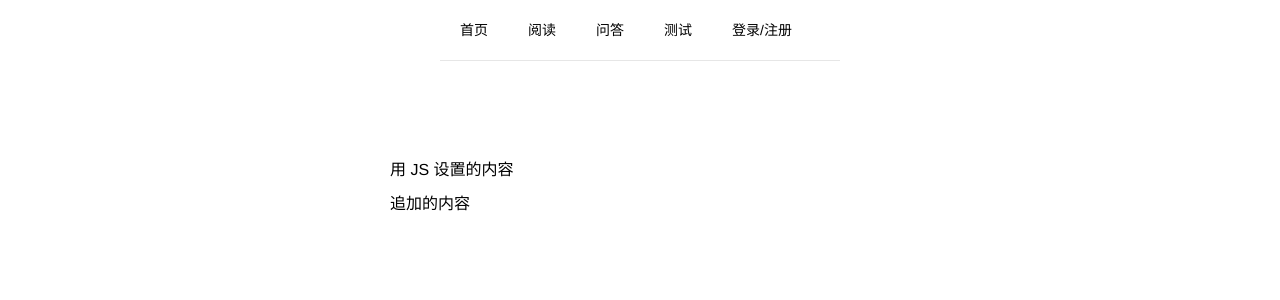
Repository: shengligo/xyx_vue_v1
Page: /read
These files come from the project's save history. The page is drawn as it stood at one moment and after the next save; the edit follows.
The browser window is 1280 px wide. The pictures show the whole page.
The page's requests for data from a server got no answer. The project was rebuilt for these pictures with package versions that can differ from the ones it lists, and the page was loaded fresh each time. No one was signed in, and anything a server would have sent is missing. Also part of the build but not shown: vue.config.js, src/views/home/childComps/Art.vue, src/views/author/authors.vue.

Above is the page before, as saved 2021-09-04 12:49:58.

### public/index.html
<!DOCTYPE html>
<html lang="">
  <head>
    <meta charset="utf-8">
    <meta http-equiv="X-UA-Compatible" content="IE=edge">
    <meta name="viewport" content="width=device-width,initial-scale=1.0">
    <link rel="icon" href="<%= BASE_URL %>favicon.ico">
    <title>project0000001</title>
  </head>
  <body>
    <noscript>
      <strong>We're sorry but <%= htmlWebpackPlugin.options.title %> doesn't work properly without JavaScript enabled. Please enable it to continue.</strong>
    </noscript>
    <div id="app"></div>
    <!-- built files will be auto injected -->
  </body>
</html>

### src/main.js
import Vue from 'vue'
import App from './App.vue'
import router from './router'
import store from './store'
import 'element-ui/lib/theme-chalk/index.css';
import axios from "axios";
axios.defaults.baseURL = "/api"; // http://10.1.2.85:8091/essay
axios.defaults.headers.common["Content-Type"] ="application/json;charset=UTF-8";
axios.defaults.withCredentials = true // 表示跨域请求时是否需要使用凭证
Vue.prototype.$ajax = axios;
import ElementUI from 'element-ui'

Vue.config.productionTip = false
Vue.use(ElementUI)

new Vue({
  router,
  store,
  render: h => h(App)
}).$mount('#app')

### src/App.vue
<template>
  <div id="app">
    <nav-bar ></nav-bar>
    <!-- <carousel></carousel> -->
    <!-- <art></art> -->


    <router-view></router-view>

  </div>
</template>
<script>

import NavBar from './components/common/NavBar'
import Art from '@/views/home/childComps/Art'
// import Carousel from '@/components/common/Carousel'


export default {
  name: "app",
  components:{
    NavBar,
    Art,




  }
};
</script>



<style>
@import url('assets/css/normalize.css');
#app{
  font-family: "Helvetica Neue",Helvetica,"PingFang SC","Hiragino Sans GB","Microsoft YaHei","微软雅黑",Arial,sans-serif;
}



</style>

### src/router/index.js

import Vue from 'vue'
import VueRouter from 'vue-router'
import Auther from '../views/author/authors.vue'

const Home = () => import('../views/home/Home')

const Question = () => import('../views/questions/Question')
const Read = () => import('../views/read/Read')
const Test = () => import('../views/testing/Test')
const Login = () => import('../components/common/login/Login')
const originalPush = VueRouter.prototype.push

VueRouter.prototype.push = function push(location) {
  return originalPush.call(this, location).catch(err => err)
}
// fksdljfkjdsjflsdjlfja
Vue.use(VueRouter)

const routes = [
  {
    path: '/',
    name: 'Home',
    component: Home
  },
  {
    path: '/auther',
    component: Auther
  },
  // {
  //   path: '/home',
  //   name: 'Home',
  //   component: Home
  // },

  {
    path:'/qs',
    name:'Qs',
    component:Question
  },
  {
    path:'/read',
    name:'Read',
    component:Read
  },
  {
    path:'/test',
    name:'Test',
    component:Test
  },
  {
    path:'/login',
    name:'Login',
    component:Login
  }
]

const router = new VueRouter({
  mode: 'history',
  base: process.env.BASE_URL,
  routes
})

export default router

### src/components/common/NavBar.vue
<template>
  <div>
     <div class="nav">

       <el-menu
          :default-active="activeIndex"
          class="el-menu-demo"
          mode="horizontal"
          text-color="#000000"
          active-text-color="#444444"
        >
          <el-menu-item index="1" @click="itemclick">首页</el-menu-item>
          <el-menu-item index="2" @click="itemclick2">阅读</el-menu-item>
          <el-menu-item index="3" @click="itemclick3">问答</el-menu-item>
          <el-menu-item index="4" @click="itemclick4">测试</el-menu-item>
          <el-menu-item index="5" @click="itemclick5">登录/注册</el-menu-item>
        </el-menu>

     </div>

  </div>
</template>

<script>


export default {

  name: "navbar",
  data() {
    return {
      activeIndex:1
    }
  },
  methods:{
    itemclick(){
      console.log('itemclick');
      this.$router.push("/")
    },
    itemclick2(){
      this.$router.push("/read")
    },
    itemclick3(){
      this.$router.push("./qs")
    },
    itemclick4(){
      this.$router.push('./test')
    },
    itemclick5(){
      this.$router.push('/login')
    }

  },

};
</script>

<style scoped>
.nav{

  margin: 0 auto;
  /* background-color: rgba(217, 221, 221, 0.918);
   */
   /* background-color: #5880A9; */
  padding: 0;


}
.nav>.el-menu{
  width: 400px;
  margin: 0 auto;
  /* background-color: rgba(217, 221, 221, 0.918); */
}

</style>

### src/views/read/Read.vue
<template>
  <div id="article">
    <div v-html="htmltext" class="centerBody"></div>

  </div>
</template>

<script>
// import ArticleLi from "../home/childComps/ArticleLi";
import E from 'wangeditor'
import qs from "qs"; // 引入qs模块，用来序列化post类型的数据，后面会提到

export default {
  name: "read",
  components: {
    // ArticleLi,
  },
  data() {
    return{
      htmltext:'<p>用 JS 设置的内容</p><p>追加的内容</p>',

    }
  },
  mounted() {
    this.getEdits()
  },
  methods: {
    getEdit() {
      // const editor = new E('#div1')
      // 或者 const editor = new E( document.getElementById('div1') )

      //  const E = window.wangEditor
        this.editor = new E(document.getElementById('toolbar-container'))
        this.editor.create()
        this.editor.txt.html('<p>用 JS 设置的内容</p>') // 重新设置编辑器内容
        this.editor.txt.append('<p>追加的内容</p>')
        console.log(this.editor.txt.html());

    },
    async getEdits() {
      var params = {
        pageNum :1,
        pageSize :10
       }
      // $ajax请求
      const url = '/essay/getEssayList'
      await this.$ajax.get(url, {params}).then(res => {
        const { data } = res
        // console.log(res);
        if (data.code === "000000") {
          this.$message.success('请求成功')
          var text = ''
          data.data.results.forEach(item => {
            text +=item.content
          })
          this.htmltext = text
          console.log(text);
        } else {
          this.$message.error('暂无权限')
        }
      }).catch(() => {
       this.$message.error('网络异常')
      })
    }
  }
};
</script>

<style scoped>
#article {
  width: 100%;
  margin-top: 100px;
  margin-bottom: 20px;
}
.centerBody{
  width: 500px;
  margin: 0 auto;
}
/* table 样式 */
table {
  border-top: 1px solid #ccc;
  border-left: 1px solid #ccc;
}
table td,
table th {
  border-bottom: 1px solid #ccc;
  border-right: 1px solid #ccc;
  padding: 3px 5px;
}
table th {
  border-bottom: 2px solid #ccc;
  text-align: center;
}

/* blockquote 样式 */
blockquote {
  display: block;
  border-left: 8px solid #d0e5f2;
  padding: 5px 10px;
  margin: 10px 0;
  line-height: 1.4;
  font-size: 100%;
  background-color: #f1f1f1;
}

/* code 样式 */
code {
  display: inline-block;
  *display: inline;
  *zoom: 1;
  background-color: #f1f1f1;
  border-radius: 3px;
  padding: 3px 5px;
  margin: 0 3px;
}
pre code {
  display: block;
}

/* ul ol 样式 */
ul,
ol {
  margin: 10px 0 10px 20px;
}
</style>

Loaded but not shown: src/store/index.js (common file); src/assets/css/normalize.css (library)

After the next save:
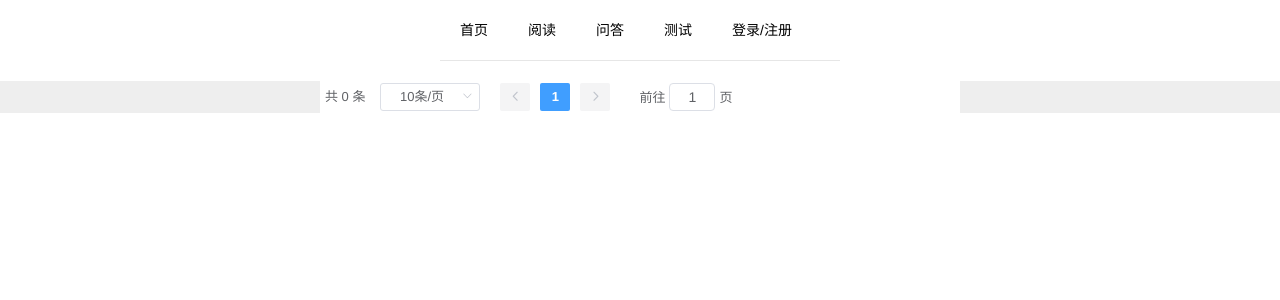
Saved 9 min 55 s later.
--- a/src/views/read/Read.vue
+++ b/src/views/read/Read.vue
@@ -1,8 +1,35 @@
 <template>
+<div id="box">
   <div id="article">
-    <div v-html="htmltext" class="centerBody"></div>
-
+    <div class="list" v-for="(item,index) in fileList" :key="index"
+    @click="goToUrl('ReadDetail', { id: item.id })">
+      <div class="list_l">
+        <img :src="item.faceUrl" alt="图片" v-if="item.faceUrl" />
+      </div>
+      <div class="list_r">
+        <div class="list_r_t">
+          <span>{{item.title}}</span>
+          <span class="sortName">{{item.sortName}}</span>
+        </div>
+        <div class="list_r_m">{{item.introduce}}</div>
+        <div class="list_r_b">{{item.createTime.substring(0,10)}} | {{item.author}}</div>
+      </div>
+    </div>
+    <!-- <div v-html="htmltext" class="centerBody"></div> -->
+  <!-- 分页 -->
+    <el-pagination
+      class="common-page-pagination"
+      background
+      :current-page="condition.pageNum"
+      :page-sizes="[10, 20, 30, 50]"
+      :page-size="condition.pageSize"
+      layout="total, sizes, prev, pager, next, jumper"
+      :total="total"
+      @size-change="handleSizeChange"
+      @current-change="handleCurrentChange"
+    />
   </div>
+</div>
 </template>
 
 <script>
@@ -17,6 +44,12 @@ export default {
   },
   data() {
     return{
+      fileList:[],
+      total:0,
+      condition: {
+        pageNum: 1,
+        pageSize: 5,
+      },
       htmltext:'<p>用 JS 设置的内容</p><p>追加的内容</p>',
 
     }
@@ -25,6 +58,21 @@ export default {
     this.getEdits()
   },
   methods: {
+    goToUrl(url, query = {}) {
+      if (!url) {
+        this.$toast('当前模块正在开发中\n敬请期待!')
+      } else {
+        this.$router.push({ path: url, query })
+      }
+    },
+    handleSizeChange(val) {
+      this.condition.pageSize = val
+      this.getEdits()
+    },
+    handleCurrentChange(val) {
+      this.condition.pageNum = val
+      this.getEdits()
+    },
     getEdit() {
       // const editor = new E('#div1')
       // 或者 const editor = new E( document.getElementById('div1') )
@@ -37,7 +85,10 @@ export default {
         console.log(this.editor.txt.html());
 
     },
-    async getEdits() {
+    async getEdits(current) {
+      if (current) {
+        this.condition.pageNum = current
+      }
       var params = {
         pageNum :1,
         pageSize :10
@@ -46,15 +97,15 @@ export default {
       const url = '/essay/getEssayList'
       await this.$ajax.get(url, {params}).then(res => {
         const { data } = res
-        // console.log(res);
         if (data.code === "000000") {
-          this.$message.success('请求成功')
+          //this.$message.success('请求成功')
+          this.fileList=data.data.results
+          this.total=data.data.totalRecord
           var text = ''
           data.data.results.forEach(item => {
             text +=item.content
           })
           this.htmltext = text
-          console.log(text);
         } else {
           this.$message.error('暂无权限')
         }
@@ -67,10 +118,85 @@ export default {
 </script>
 
 <style scoped>
+.list {
+  display: flex;
+  width: 80%;
+  height: 100px;
+  padding: 10px;
+  margin: 0 auto;
+  /* border: 1px solid pink; */
+  margin-top: 10px;
+}
+.list_l {
+  width: 100px;
+  height: 100px;
+  /* border: 1px solid pink; */
+}
+img {
+  width: 100%;
+  height: 100%;
+}
+.list_r {
+  margin-top: 10px;
+  margin-left: 30px;
+  width: 90%;
+  height: 100px;
+ /* border: 1px solid pink; */
+}
+.list_r_t {
+  margin: 5px;
+  height: 20px;
+  line-height: 20px;
+  font-size: 18px;
+  font-weight: 700;
+  /* border: 1px solid pink; */
+}
+.sortName {
+  float: right;
+  width: 80px;
+  height: 25px;
+  line-height: 25px;
+  font-size: 14px;
+  color: #666;
+  font-weight: 400;
+  border-radius: 8px;
+  background-color: #f1f5f9;
+  text-align: center;
+  /* border: 1px solid pink; */
+}
+.list_r_m {
+  margin: 0 5px 5px;
+  /* height: 20px;
+  line-height: 20px; */
+  font-size: 14px;
+  color: #666;
+  font-weight: 400;
+  /* border: 1px solid pink; */
+}
+.list_r_b {
+  margin: 0 5px;
+  height: 20px;
+  line-height: 20px;
+  font-size: 16px;
+  color: #666;
+  font-weight: 400;
+  /* border: 1px solid pink; */
+}
+#box {
+  width: 100%;
+  height: 100%;
+  margin: 0;
+  padding: 0;
+  background: #eee;
+}
 #article {
-  width: 100%;
-  margin-top: 100px;
+  width: 50%;
+  margin: 0 auto;
+  margin-top: 20px;
   margin-bottom: 20px;
+  /* border-radius: 10px; */
+  background: #fff;
+  /* border: 1px solid pink; */
 }
 .centerBody{
   width: 500px;
